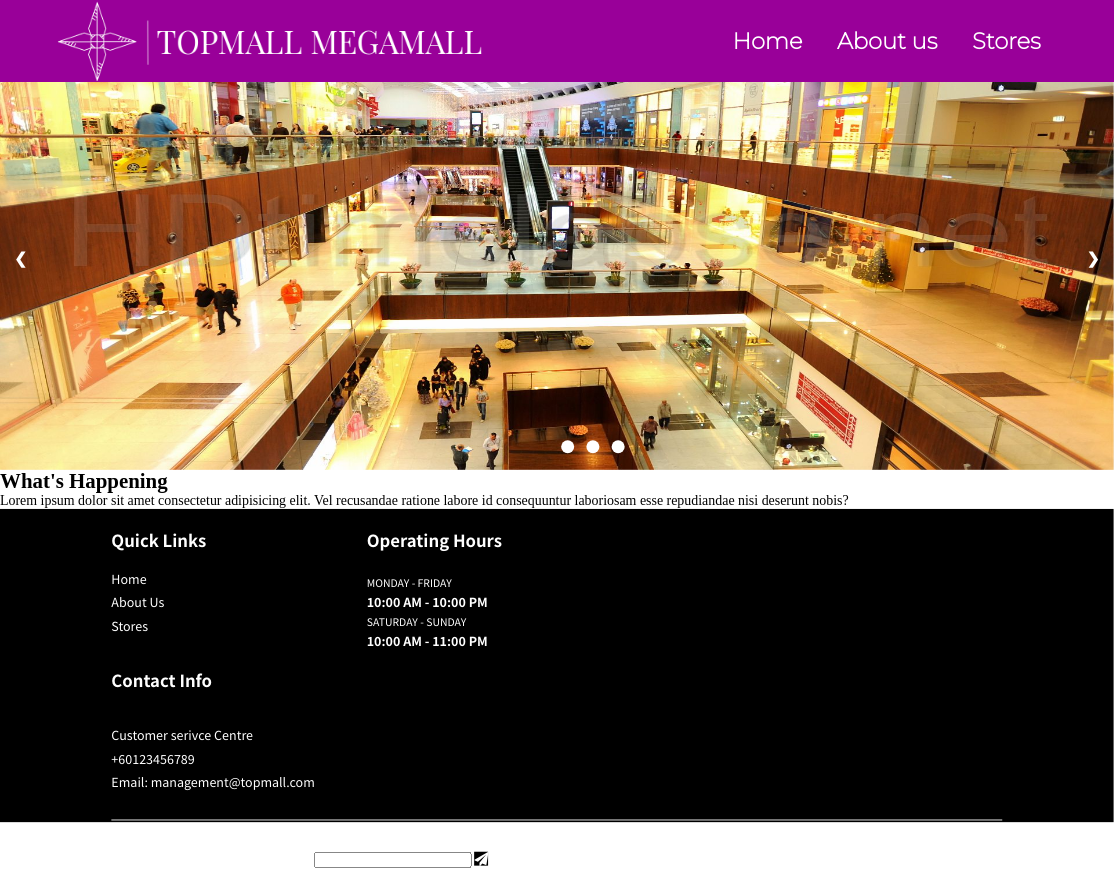
Repository: Jack0Bong/Web-Dev-Assignment
Page: index.html
An editor plug-in stored every save of this project. The page is shown before and after the next save, followed by the edit.
The browser window is 1280 px wide. The pictures show the whole page, at 87% of full size.

Above is the page before, as saved 2021-09-02 01:26:34.

After the next save:
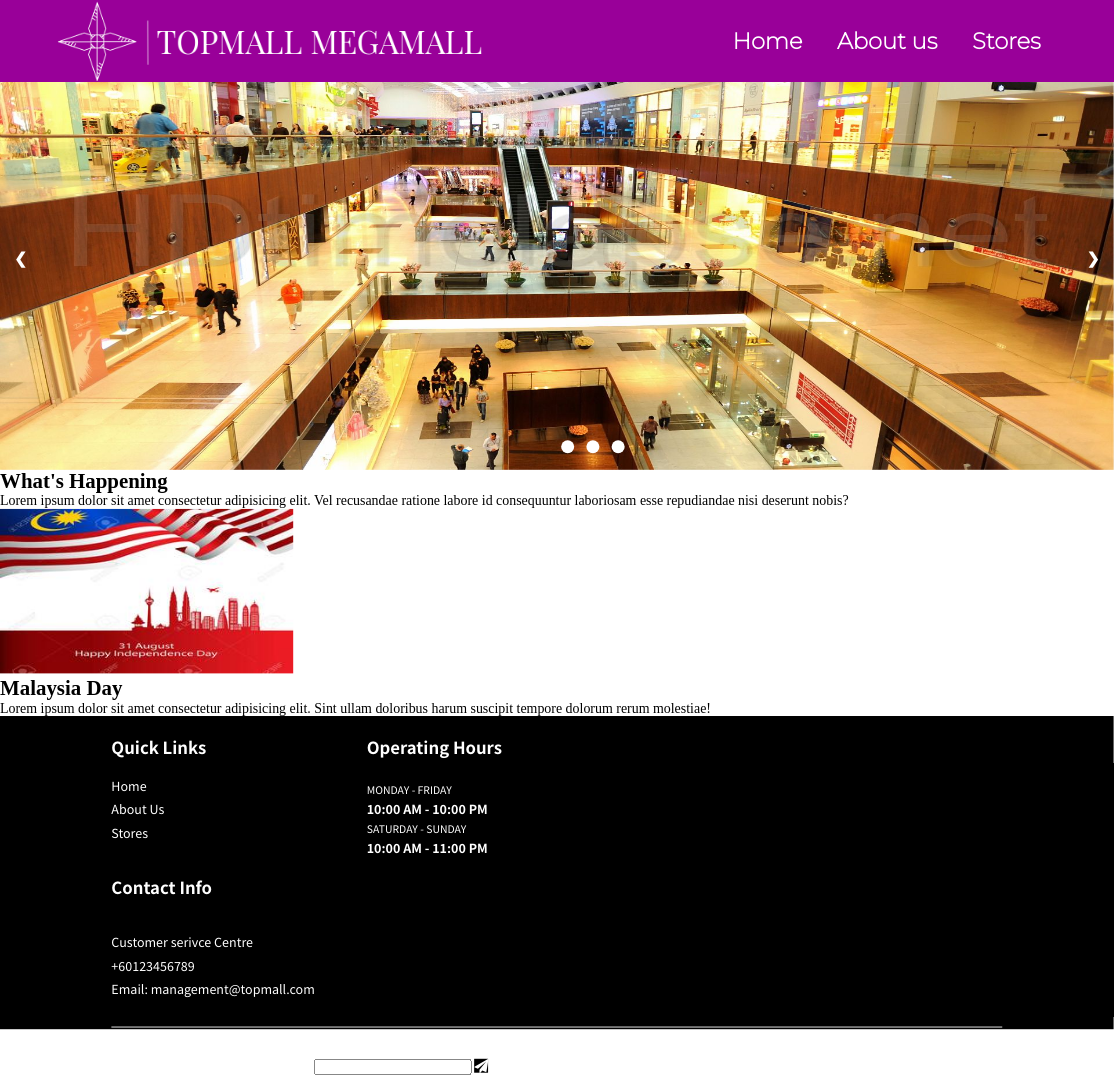
Saved 83 s later.
--- a/index.html
+++ b/index.html
@@ -68,6 +68,14 @@
             <h1>What's Happening</h1>
             <span>Lorem ipsum dolor sit amet consectetur adipisicing elit. Vel recusandae ratione labore id consequuntur laboriosam esse repudiandae nisi deserunt nobis?</span>
         </div>
+
+        <div class="card-view">
+            <div class="card">
+                <img src="Assets/event-one.jpg" alt="">
+                <h2>Malaysia Day</h2>
+                <span>Lorem ipsum dolor sit amet consectetur adipisicing elit. Sint ullam doloribus harum suscipit tempore dolorum rerum molestiae!</span>
+            </div>
+        </div>
     </section>
 
 
